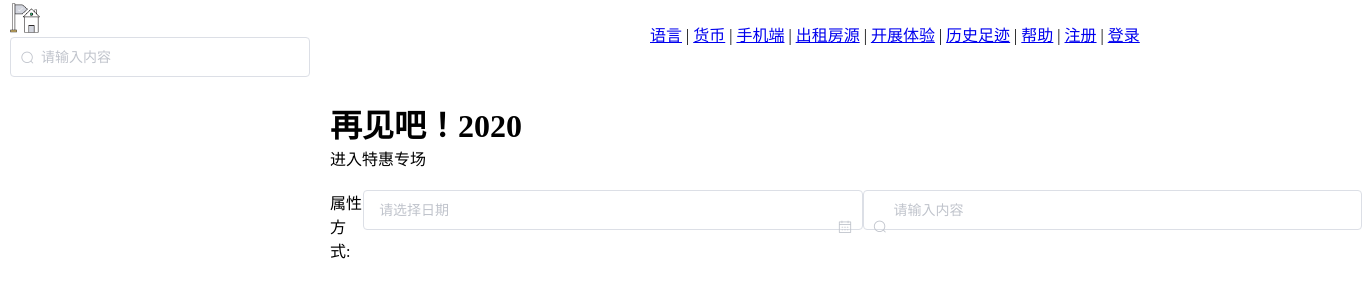
Repository: yz1181214391/my-airbnb
Page: /
An editor plug-in stored every save of this project. The page is shown before and after the next save, followed by the edit.
The browser window is 1280 px wide. The page is 1362 px wide, so the pictures cover 1362 px, including what lies to the right of the window. The pictures show the whole page.
The project was rebuilt for these pictures with package versions that can differ from the ones it lists, and the page was loaded fresh each time. Also part of the build but not shown: src/components/Banner.vue, src/views/Language.vue, src/views/Currency.vue, src/views/Enter.vue, src/views/Experience.vue, src/views/Help.vue, src/views/History.vue, src/views/Mobile.vue and 2 more.

Above is the page before, as saved 2020-12-09 16:11:04.

After the next save:
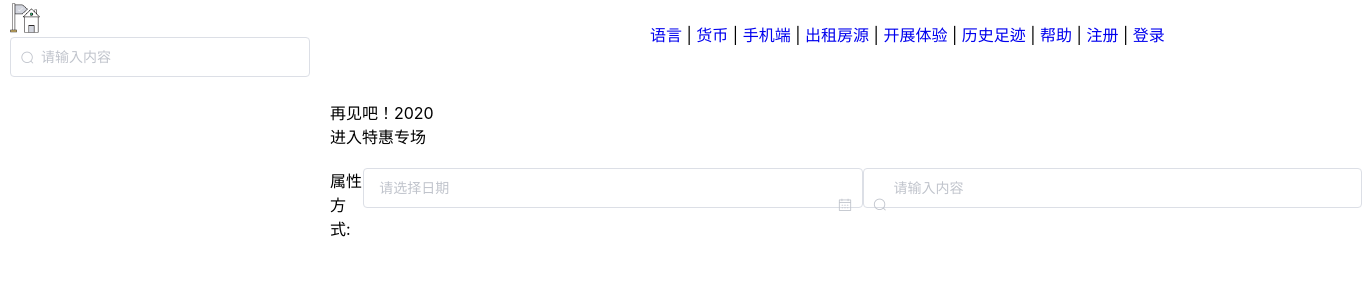
Saved 2 min 57 s later.
--- a/src/App.vue
+++ b/src/App.vue
@@ -31,10 +31,22 @@ export default {
 //   text-align: center;
 //   color: #2c3e50;
 // }
-  *{
-    margin: 0;
-    padding: 0;
+
+  html,body {margin: 0;padding: 0;height: 100%;width: 100%;}
+  a {text-decoration: none;}
+  body,div,dl,dt,dd,ul,ol,li,h1,h2,h3,h4,h5,h6,pre,form,fieldset,input,textarea,p,blockquote,th,td {margin: 0;padding: 0;}
+  table {border-collapse: collapse;border-spacing: 0;}
+  fieldset,img {border: 0;}
+  address,caption,cite,code,dfn,em,strong,th,var {font-style: normal;font-weight: normal;}
+  ol,ul {list-style: none;}
+  caption,th {text-align: left;}
+  h1,h2,h3,h4,h5,h6 {font-size: 100%;font-weight: normal;}
+  q:before,q:after {content: '';}
+  abbr,acronym {border: 0;}
+  body{
+      font-family: "Chinese Quote", -apple-system, BlinkMacSystemFont, "Segoe UI", "PingFang SC", "Hiragino Sans GB", "Microsoft YaHei", "Helvetica Neue", Helvetica, Arial, sans-serif, "Apple Color Emoji", "Segoe UI Emoji", "Segoe UI Symbol";
   }
+
   .banner{
     position: absolute;
     left: 0;
